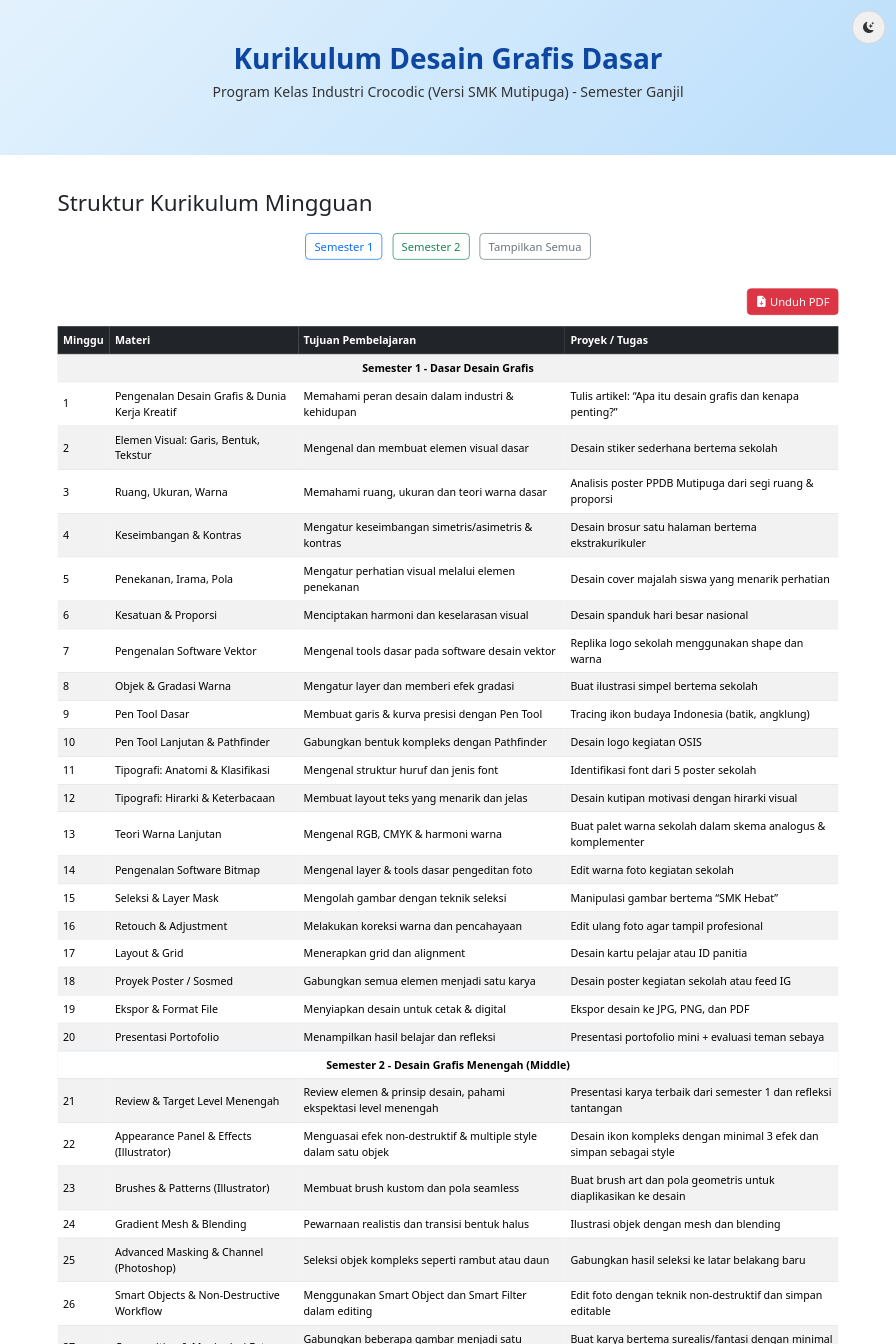
Repository: ppdbsmkmutipuga/kurikulumdesain
Page: index.html
The author's editor kept a copy of each file at every save. The page is drawn from the files as they stood at one save, then again after the next save.
The browser window is 1280 px wide. The pictures show the part of the page from y = 0 to 1920 px (the page is 2859 px tall before and 2789 px after), at 70% of full size.

Above is the page before, as saved 2025-07-01 04:40:15.

After the next save:
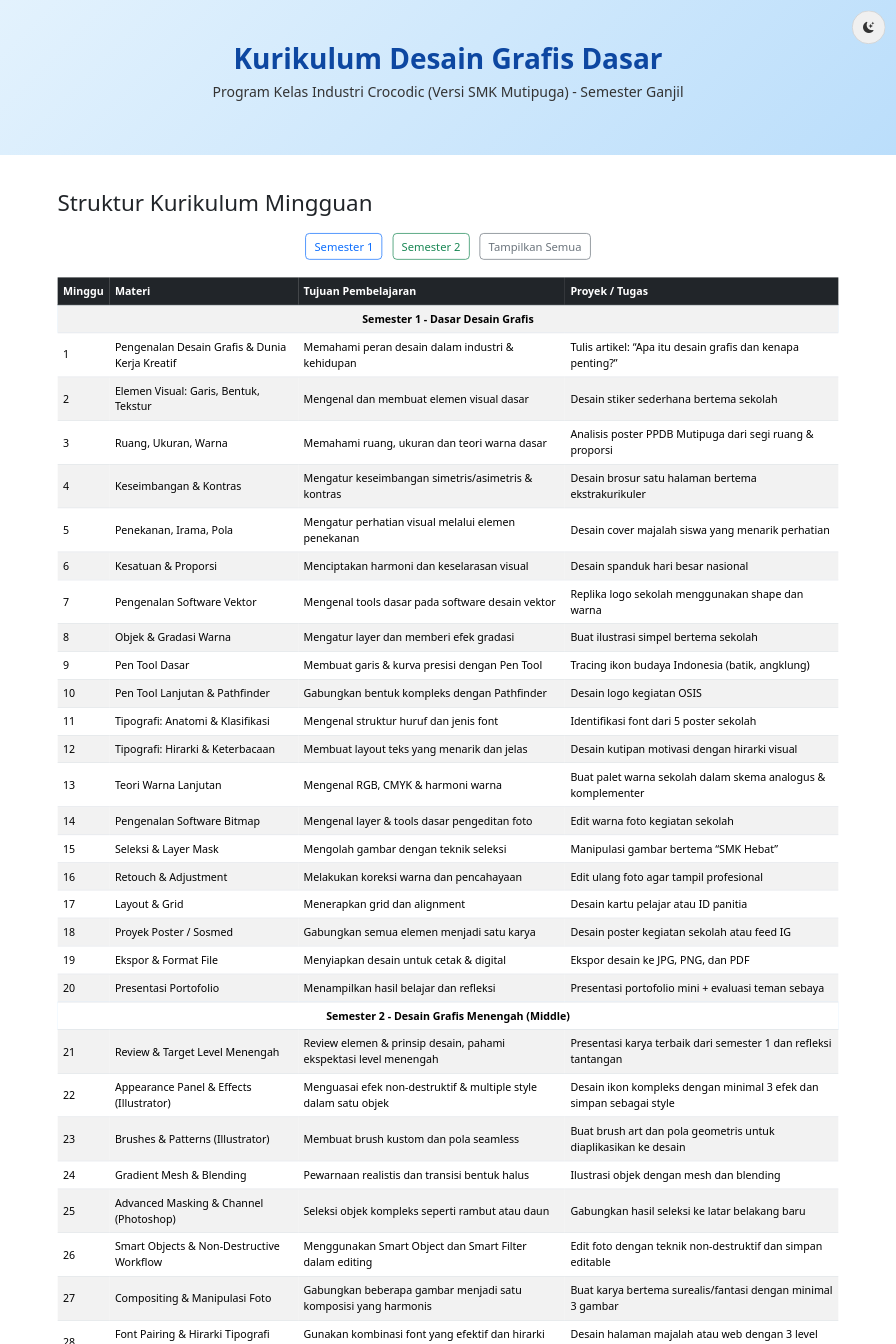
Saved 13 s later.
--- a/index.html
+++ b/index.html
@@ -46,12 +46,6 @@
                         </tr>
                     </thead>
                     <tbody>
-                        <div class="text-end my-3">
-                            <button class="btn btn-danger" onclick="downloadPDF()">
-                                <i class="bi bi-file-earmark-arrow-down-fill"></i> Unduh PDF
-                            </button>
-                        </div>
-                        <div id="pdf-content">
 
                             <!-- Data rows akan di-load lewat JS -->
                     </tbody>
